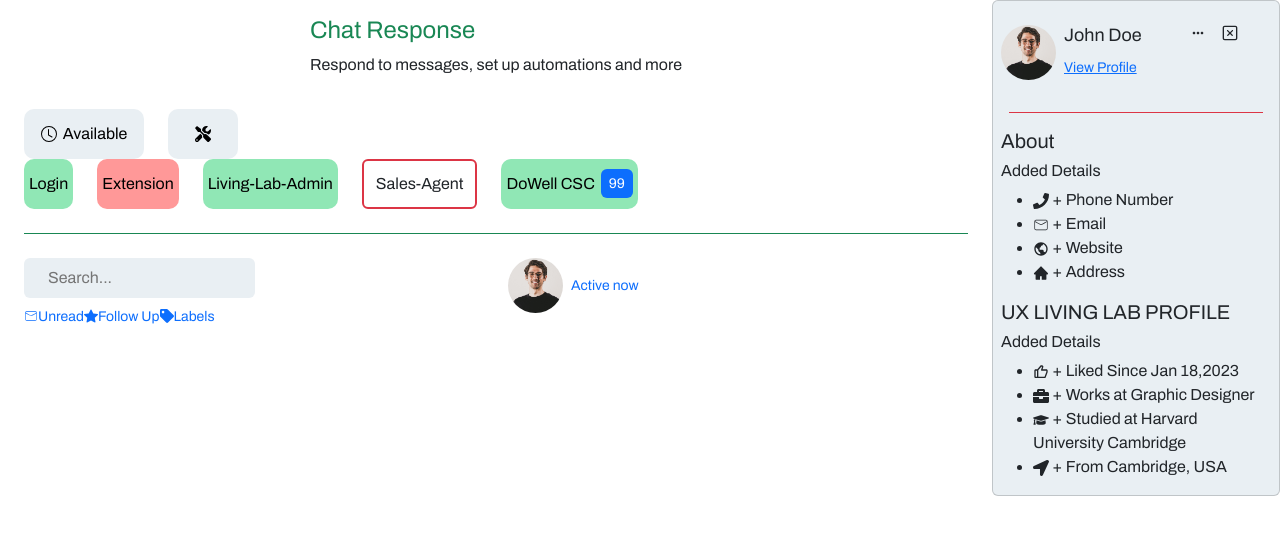
Repository: uh-sman/UX-Living-Lab-Chat
Page: /
An editor plug-in stored every save of this project. The page is shown before and after the next save, followed by the edit.
The browser window is 1280 px wide. The pictures show the whole page.
The project was rebuilt for these pictures with package versions that can differ from the ones it lists, and the page was loaded fresh each time.

Above is the page before, as saved 2023-05-10 17:03:19.

After the next save:
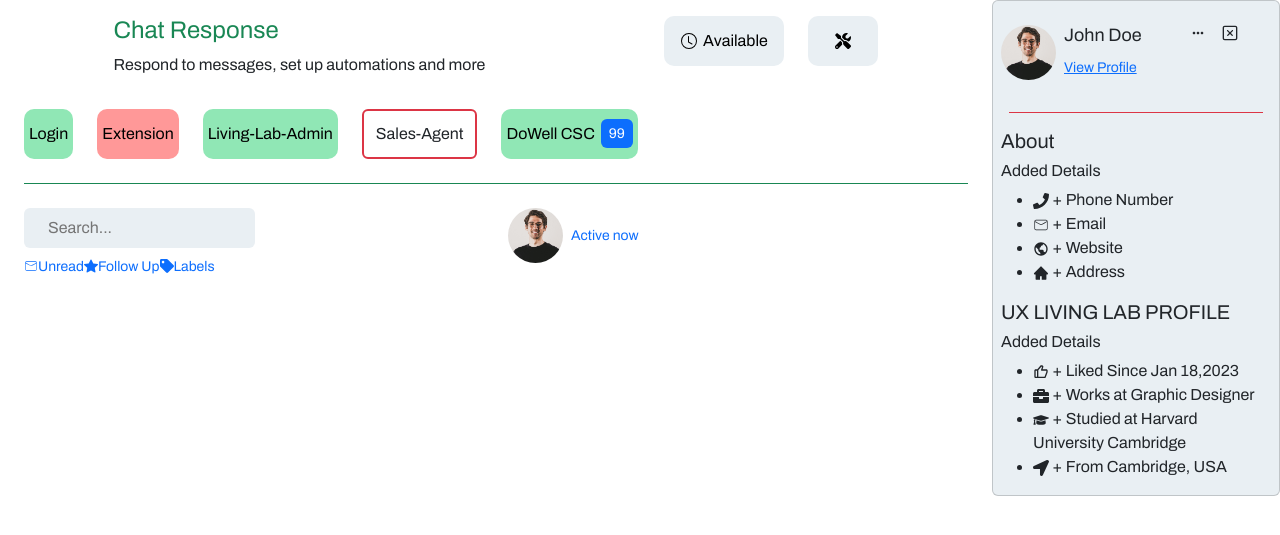
Saved 12 s later.
--- a/src/container/ChatItems/ChatHeader.jsx
+++ b/src/container/ChatItems/ChatHeader.jsx
@@ -10,8 +10,8 @@ const ChatHeader = ({ title, caption }) => {
           <h1 className="header fs-4 fw-bold text-success">{title}</h1>
           <p className="fw-medium  Header-font">{caption}</p>
         </header>
+        <HeaderButtons />
       </div>
-      <HeaderButtons />
       <Buttons />
       <div className="border-bottom border-success my-4"></div>
     </div>
